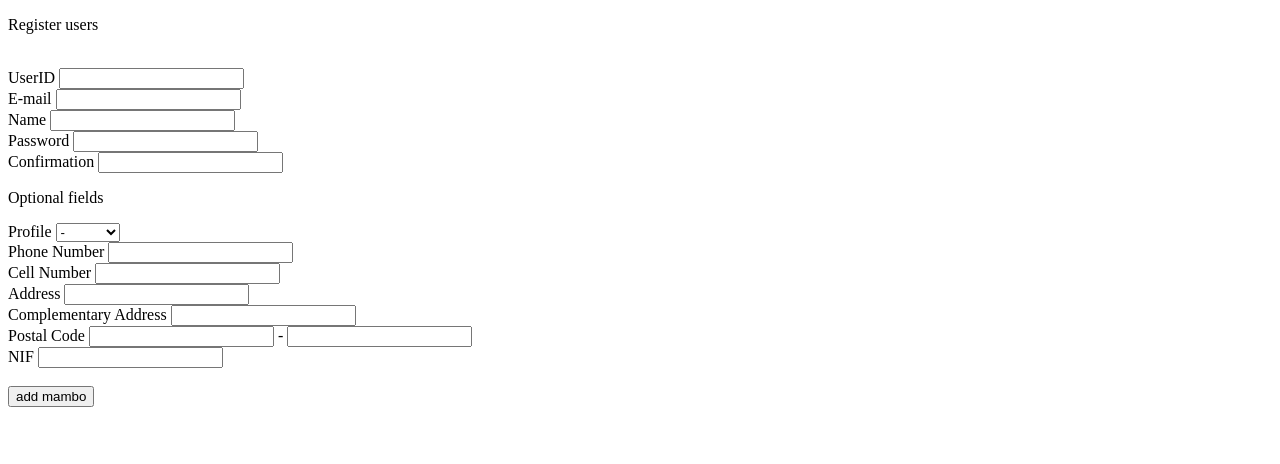
Repository: rachelmelo/ADC-2022-Avalia-o-Individual
Page: FirstWebApp/src/main/webapp/register.html
These files come from the project's save history. The page is drawn as it stood at one moment and after the next save; the edit follows.
The browser window is 1280 px wide. The pictures show the whole page.

Above is the page before, as saved 2022-04-03 22:20:25.

After the next save:
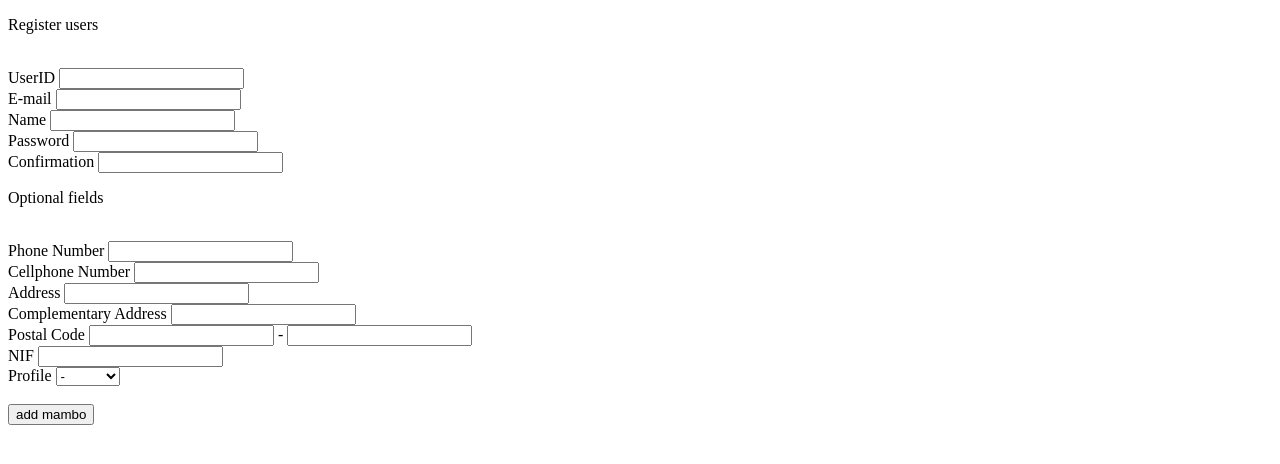
Saved 2 min 5 s later.
--- a/FirstWebApp/src/main/webapp/register.html
+++ b/FirstWebApp/src/main/webapp/register.html
@@ -7,14 +7,13 @@
 
  <script>
     xmlhttp = new XMLHttpRequest();
-    function getData(){
-        /*var div = document.getElementById("Remote Page contents");*/
+    function sendRequest(){
         xmlhttp.onreadystatechange = function (){
             if(xmlhttp.readyState == 4){
-                alert(xmlhttp.responseText);
+                alert("Registered successfully!");
             }
         }
-        var myObj = {   username:document.getElementById("userId").value,
+        var obj = {   	username:document.getElementById("userId").value,
                         password:document.getElementById("pwd").value,
                         confirmation:document.getElementById("confirm").value,
                         email:document.getElementById("email").value,
@@ -26,7 +25,7 @@
                         cad:document.getElementById("cad").value,
                         postal:document.getElementById("p1").value + "-" + document.getElementById("p2").value,
                         nif:document.getElementById("nif").value};
-        var myJson = JSON.stringify(myObj);
+        var json = JSON.stringify(myObj);
 
 
         xmlhttp.open("POST", "https://applied-terrain-344017.appspot.com/rest/register/create", true);
@@ -62,41 +61,42 @@
 <br>
 <p>Optional fields</p>
 
+<br>
+<label>Phone Number</label>
+<input type="text" id="phone">
+
+<br>
+<label>Cellphone Number</label>
+<input type="text" id="cell">
+
+<br>
+<label>Address</label>
+<input type="text" id="ad">
+
+<br>
+<label>Complementary Address</label>
+<input type="text" id="cad">
+
+<br>
+<label>Postal Code</label>
+<input type="text" id="p1" maxlength="4">
+<label>-</label>
+<input type="text" id="p2" maxlength="3">
+
+<br>
+<label>NIF</label>
+<input type="text" id="nif">
+
+<br>
 <label>Profile</label>
-<select id="profile">
+<select id="prof">
     <option value="">-</option>
     <option value="private">Private</option>
     <option value="public">Public</option>
 </select>
 
 <br>
-<label>Phone Number</label>
-<input type="text" id="phone">
-
 <br>
-<label>Cell Number</label>
-<input type="text" id="cellPhone">
-
-<br>
-<label>Address</label>
-<input type="text" id="address">
-
-<br>
-<label>Complementary Address</label>
-<input type="text" id="addressC">
-
-<br>
-<label>Postal Code</label>
-<input type="text" id="cp1" maxlength="4">
-<label>-</label>
-<input type="text" id="cp2" maxlength="3">
-
-<br>
-<label>NIF</label>
-<input type="text" id="nif">
-
-<br>
-<br>
-<input type="button" value="add mambo" onclick="getData();"/>
+<input type="button" value="add mambo" onclick="sendRequest();"/>
   </body>
 </html>
